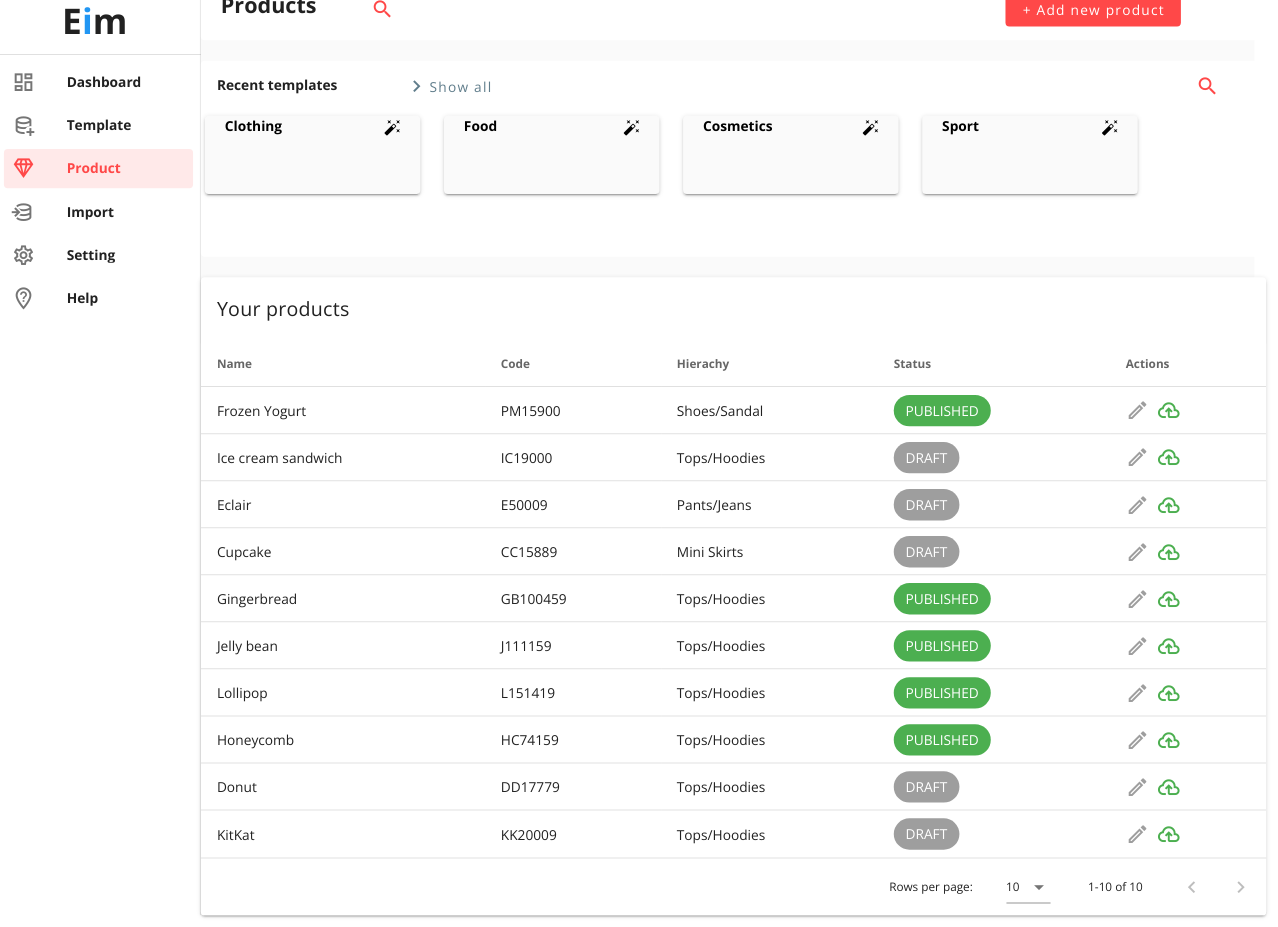
Repository: nguyenphuong152/pim-template
Page: /product
An editor plug-in stored every save of this project. The page is shown before and after the next save, followed by the edit.
The browser window is 1280 px wide. The page is 1304 px wide, so the pictures cover 1304 px, including what lies to the right of the window. The pictures show the whole page, at 98% of full size.
The project was rebuilt for these pictures with package versions that can differ from the ones it lists, and the page was loaded fresh each time. Also part of the build but not shown: vue.config.js, src/views/Home.vue, src/components/Outcome_1/SearchTemplate.vue, src/components/Outcome_1/YourTemplate.vue, src/components/Outcome_1/ListComponent.vue, src/components/Outcome_1/AddInfo.vue, src/components/Outcome_1/AddDetail.vue, src/components/Outcome_1/ListComponentProgressive.vue and 18 more.

Above is the page before, as saved 2021-01-19 09:36:05.

### public/index.html
<!DOCTYPE html>
<html lang="en">
  <head>
    <meta charset="utf-8" />
    <meta http-equiv="X-UA-Compatible" content="IE=edge" />
    <meta name="viewport" content="width=device-width,initial-scale=1.0" />
    <link rel="icon" href="<%= BASE_URL %>favicon.ico" />
    <link rel="preconnect" href="https://fonts.gstatic.com" />
    <link rel="preconnect" href="https://fonts.gstatic.com" />
    <link rel="preconnect" href="https://fonts.gstatic.com" />
    <link
      href="https://fonts.googleapis.com/css2?family=Open+Sans:wght@300;400;600;700;800&display=swap"
      rel="stylesheet"
    />
    <link
      href="https://fonts.googleapis.com/css?family=Montserrat:300,400,500,600,700"
      rel="stylesheet"
    />
    <title><%= htmlWebpackPlugin.options.title %></title>
    <link
      rel="stylesheet"
      href="https://fonts.googleapis.com/css?family=Roboto:100,300,400,500,700,900"
    />
    <link
      rel="stylesheet"
      href="https://cdn.jsdelivr.net/npm/@mdi/font@latest/css/materialdesignicons.min.css"
    />
  </head>
  <body>
    <noscript>
      <strong
        >We're sorry but <%= htmlWebpackPlugin.options.title %> doesn't work
        properly without JavaScript enabled. Please enable it to
        continue.</strong
      >
    </noscript>
    <div id="app"></div>
    <!-- built files will be auto injected -->
  </body>
</html>

### src/main.js
import Vue from "vue";
import App from "./App.vue";
import router from "./router";
import "../sass/style.scss";
import vuetify from "./plugins/vuetify";
import store from "./store";
import { VueMaskDirective } from "v-mask";
Vue.directive("mask", VueMaskDirective);

Vue.config.productionTip = false;

new Vue({
  store,
  router,
  vuetify,
  render: (h) => h(App),
}).$mount("#app");

### src/App.vue
<template>
  <v-app v-bind:style="{ background: activeColor }">
    <v-card height="80" flat class="hidden-md-and-up align-baseline">
      <v-row style="height:0px">
        <v-col class="px-0" cols="3">
          <span class="logo text-start">
            E<span class="blue--text">i</span>m</span
          >
        </v-col>
        <v-col>
          <div class="text-end">
            <v-menu offset-y>
              <template v-slot:activator="{ on }">
                <v-app-bar-nav-icon v-on="on"></v-app-bar-nav-icon>
              </template>
              <v-list>
                <v-list-item
                  v-for="(item, index) in items"
                  :key="index"
                  :to="item.path"
                  color="blue"
                >
                  <v-list-item-title class="text-start">{{
                    item.title
                  }}</v-list-item-title>
                </v-list-item>
              </v-list>
            </v-menu>
          </div>
        </v-col>
      </v-row>
    </v-card>

    <v-row>
      <v-col cols="2" class="pa-0 hidden-xs-only">
        <v-navigation-drawer permanent width="220" class="hidden-xs-only">
          <v-list-item>
            <v-list-item-content>
              <v-list-item-title class="logo">
                E<span class="blue--text">i</span>m
              </v-list-item-title>
            </v-list-item-content>
          </v-list-item>

          <v-divider></v-divider>

          <v-list dense nav class="text-start pl-4">
            <v-list-item
              v-for="item in items"
              :key="item.title"
              :to="item.path"
              color="#FF4848"
            >
              <v-list-item-icon>
                <v-icon>{{ item.icon }}</v-icon>
              </v-list-item-icon>
              <v-list-item-content>
                <v-list-item-title class="template-title font-weight-bold ">{{
                  item.title
                }}</v-list-item-title>
              </v-list-item-content>
            </v-list-item>
          </v-list>
        </v-navigation-drawer>
      </v-col>
      <v-col class="pa-0">
        <router-view />
      </v-col>
    </v-row>
  </v-app>
</template>

<script>
export default {
  name: "App",
  components: {},
  watch: {
    $route(to) {
      document.title = `${to.meta.title}`;
    },
  },
  data() {
    return {
      clicked: false,
      activeColor: "#FAFAFA",
      items: [
        { title: "Dashboard", icon: "mdi-view-dashboard-outline", path: "" },
        {
          title: "Template",
          icon: "mdi-database-plus-outline",
          path: "/template",
        },
        { title: "Product", icon: "mdi-diamond-stone", path: "/product" },
        {
          title: "Import",
          icon: "mdi-database-import-outline",
          path: "/import",
        },

        { title: "Setting", icon: "mdi-cog-outline", path: "" },
        { title: "Help", icon: "mdi-map-marker-question-outline", path: "" },
      ],
      right: null,
    };
  },
};
</script>

### src/router/index.js
import Vue from "vue";
import VueRouter from "vue-router";
import Home from "../views/Home.vue";
import Template from "../views/Outcome_1/CreateProductTemplate.vue";
import Product from "../views/Outcome_2/Outcome_2_screen.vue";
import AddProduct from "../views/Outcome_2/AddProduct.vue";
import Import from "../views/Outcome_3/outcome3_screen.vue";

Vue.use(VueRouter);

const routes = [
  {
    path: "/",
    name: "Home",
    component: Home,
  },
  {
    path: "/template",
    name: "Template",
    component: Template,
    meta: {
      title: "Add Template",
    },
  },
  {
    path: "/product",
    name: "Product",
    component: Product,
    meta: {
      title: "Product",
    },
  },
  {
    path: "/addproduct/:name",
    name: "AddProduct",
    component: AddProduct,
    meta: {
      title: "Add Product",
    },
  },
  {
    path: "/import",
    name: "Import",
    component: Import,
    meta: {
      title: "Import",
    },
  },
  {
    path: "/about",
    name: "About",
    // route level code-splitting
    // this generates a separate chunk (about.[hash].js) for this route
    // which is lazy-loaded when the route is visited.
    component: () =>
      import(/* webpackChunkName: "about" */ "../views/About.vue"),
  },
];

const router = new VueRouter({
  mode: "history",
  base: process.env.BASE_URL,
  routes,
});

export default router;

### sass/style.scss
$font-primary: 'Open Sans',
sans-serif;

@import "~vuetify/src/styles/styles.sass";

$fontsize-content: 14px;
$fontsize-title: 24px;
$fontsize-logo:36px;
$fontsize-header:22px;
$fontsize-nav:20px;


#app {
  font-family: $font-primary;
   font-size:$fontsize-content;
  -webkit-font-smoothing: antialiased;
  -moz-osx-font-smoothing: grayscale;
  text-align: center;
  color: #2c3e50;
}

#nav {
  padding: 30px;
}

#nav a {
  font-weight: bold;
  color: #2c3e50;
}

#nav a.router-link-exact-active {
  color: #42b983;
}

.title {
  font: $font-primary !important;
  font-size: $fontsize-nav !important;
}

.logo {
  @extend .title;
  font-weight: 700 !important;
  font-size: $fontsize-logo !important;
}

.text-header {
  font: $font-primary !important;
  font-size: $fontsize-header !important;
  font-weight: 700;
}


.template-title {
  @extend .title;
  font-size: $fontsize-content !important;
}

### src/store/index.js
import Vue from "vue";
import Vuex from "vuex";

Vue.use(Vuex);

import state from "./state";
import * as getters from "./getters";
import * as mutations from "./mutations";
import * as actions from "./actions";

export default new Vuex.Store({
  state,
  getters,
  mutations,
  actions,
});

### src/views/Outcome_2/Outcome_2_screen.vue
<template>
  <div>
    <v-row>
      <v-col height="100%"
        ><Search />
        <br />
        <RecentTemplate />
        <br />
        <ListProduct
          :class="{
            'mx-6': $vuetify.breakpoint.smAndDown,
            'ma-0': $vuetify.breakpoint.mdAndUp,
          }"
        />
      </v-col>
    </v-row>
  </div>
</template>

<script>
import Search from "../../components/Outcome_2/SearchProduct";
import RecentTemplate from "../../components/Outcome_2/RecentTemplate";
import ListProduct from "../../components/Outcome_2/ListProduct";
export default {
  components: {
    Search,
    RecentTemplate,
    ListProduct,
  },
};
</script>

<style></style>

### src/store/state.js
export default {
  listNewComponent: [],

  basicInfo: [],
  textComponent: [],
  imageComponent: null,
  videoComponent: null,
  colorComponent: null,
  dateComponent: [],
  selectComponent: {
    selectionTitle: [],
  },
  listTemplate: [],
  customComponent: [],

  toogleRerenderComponent: 0,
  generateImage: 1,
};

### src/store/getters.js
export const listComponent = (state) => {
  return state.listNewComponent;
};

export const basicInfo = (state) => {
  return state.basicInfo;
};

export const textComponent = (state) => {
  return state.textComponent;
};
export const imageComponent = (state) => {
  return state.imageComponent;
};
export const videoComponent = (state) => {
  return state.videoComponent;
};
export const colorComponent = (state) => {
  return state.colorComponent;
};
export const dateComponent = (state) => {
  return state.dateComponent;
};
export const selectComponent = (state) => {
  return state.selectComponent;
};

export const key = (state) => {
  return state.toogleRerenderComponent;
};

export const listTemplate = (state) => {
  return state.listTemplate;
};

export const generateImage = (state) => {
  return state.generateImage;
};

### src/store/actions.js
export const addComponentToList = ({ commit }, { component }) => {
  commit("ADD_TO_LIST", { component });
};

export const deleteComponentFromList = ({ commit }, component) => {
  commit("DELETE_FROM_LIST", component);
};

export const addBasicInfoForTemplate = ({ commit }, { basicInfo }) => {
  commit("ADD_BASIC_INFO_FOR_TEMPLATE", basicInfo);
};

export const addTextComponentForTemplate = ({ commit }, { textComponent }) => {
  commit("ADD_TEXT_COMPONENT_FOR_TEMPLATE", textComponent);
};

export const addImageComponentForTemplate = ({ commit }, { countImage }) => {
  commit("ADD_IMAGE_COMPONENT_FOR_TEMPLATE", countImage);
};

export const addVideoComponentForTemplate = ({ commit }, { countVideo }) => {
  commit("ADD_VIDEO_COMPONENT_FOR_TEMPLATE", countVideo);
};

export const addColorComponentForTemplate = ({ commit }, { countColor }) => {
  commit("ADD_COLOR_COMPONENT_FOR_TEMPLATE", countColor);
};

export const addDateComponentForTemplate = ({ commit }, { dateComponent }) => {
  commit("ADD_DATE_COMPONENT_FOR_TEMPLATE", dateComponent);
};

export const addSelectComponentForTemplate = (
  { commit },
  { title, selections }
) => {
  commit("ADD_SELECT_COMPONENT_FOR_TEMPLATE", { title, selections });
};

export const rerenderComponent = ({ commit }) => {
  commit("RERENDER_COMPONENT");
};

export const generateImage = ({ commit }) => {
  commit("GENERATE_IMAGE");
};

export const deleteListTemplate = ({ commit }) => {
  commit("DELETE_LIST");
};

export const createTemplate = (
  { commit },
  {
    name,
    basicInfo,
    textComponent,
    imageComponent,
    videoComponent,
    colorComponent,
    dateComponent,
    selectComponent,
  }
) => {
  commit("CREATE_TEMPLATE", {
    name,
    basicInfo,
    textComponent,
    imageComponent,
    videoComponent,
    colorComponent,
    dateComponent,
    selectComponent,
  });
};

### src/components/Outcome_2/SearchProduct.vue
<template>
  <v-card class="text-start" height="65" flat>
    <v-row class="d-flex align-baseline">
      <v-col class="text-header pl-8" cols="2">Products</v-col>
      <v-col class="px-0">
        <v-icon color="#ff4848">
          mdi-magnify
        </v-icon></v-col
      >
      <v-col sm="8" md="3" class="pa-0 hidden-xs-only">
        <v-btn
          depressed
          color="#ff4848"
          class="white--text text-none font-weight-medium"
        >
          + Add new product</v-btn
        >
      </v-col>
    </v-row>
  </v-card>
</template>

<script>
export default {
  methods: {},
};
</script>

<style></style>

### src/components/Outcome_2/RecentTemplate.vue
<template>
  <v-card :height="setHeight" width="100%" class="py-2" flat>
    <v-row class="align-baseline mx-4">
      <v-col class="py-0 text-start px-0" cols="2"
        ><span class="font-weight-bold">Recent templates</span>
      </v-col>
      <v-col class="px-0 text-start">
        <v-dialog v-model="dialog" scrollable max-width="300px">
          <template v-slot:activator="{ on, attrs }">
            <v-btn
              color="blue-grey"
              dark
              v-bind="attrs"
              v-on="on"
              text
              style="text-transform:none"
            >
              <v-icon color="blue-grey"> mdi-chevron-right </v-icon>Show all
            </v-btn>
          </template>
          <v-card height="100%">
            <v-card-title>
              Your template
              <v-spacer></v-spacer>
              <v-icon color="red" @click="dialog = false"
                >mdi-window-close</v-icon
              >
            </v-card-title>
            <v-divider></v-divider>
            <v-card-text style="height:500px;">
              <v-col v-for="(item, i) in templates" :key="i"
                ><v-card color="#fafafa" @click="addProduct(item.name)">
                  <div class="d-flex flex-no-wrap justify-space-between">
                    <div>
                      <v-row>
                        <v-col class="text-start pl-8">
                          <span
                            class="template-title font-weight-bold black--text"
                            >{{ item.name }}</span
                          >
                          <br />
                          <span class="font-weight-thin">{{
                            item.products
                          }}</span>
                        </v-col>
                      </v-row>
                    </div>
                  </div>
                </v-card></v-col
              ></v-card-text
            >
          </v-card>
        </v-dialog>
      </v-col>
      <v-col cols="1">
        <v-icon color="#ff4848">
          mdi-magnify
        </v-icon>
      </v-col>
    </v-row>
    <v-row>
      <v-card
        class="d-flex mr-2 ml-4"
        v-for="(item, i) in items"
        :key="i"
        color="#fafafa"
        :width="setWidthCard"
        height="80"
        @click="addProduct(item.name)"
      >
        <v-row>
          <v-col class="text-start pl-8" cols="8">
            <span class="template-title font-weight-bold black--text">{{
              item.name
            }}</span>
          </v-col>
          <v-col>
            <v-icon color="black" size="18" @click="showAddTemplate()"
              >mdi-auto-fix</v-icon
            >
          </v-col>
        </v-row>
      </v-card>
      <!-- <v-col  :key="i" class="mx-4 " xs="6">

      </v-col> -->
      <v-row class="align-baseline hidden-md-and-up">
        <v-col class="text-start pl-10">
          <v-btn outlined style="text-transform:none" color="blue"
            >Add template</v-btn
          >
        </v-col>
        <v-col cols="5">
          <v-dialog v-model="dialog" scrollable max-width="300px">
            <template v-slot:activator="{ on, attrs }">
              <v-btn
                color="blue-grey"
                dark
                v-bind="attrs"
                v-on="on"
                text
                style="text-transform:none"
              >
                <v-icon color="blue-grey"> mdi-chevron-right </v-icon>Show all
              </v-btn>
            </template>
            <v-card height="100%">
              <v-card-title>
                Your template
                <v-spacer></v-spacer>
                <v-icon color="red" @click="dialog = false"
                  >mdi-window-close</v-icon
                >
              </v-card-title>
              <v-divider></v-divider>
              <v-card-text style="height:500px;">
                <v-col v-for="(item, i) in templates" :key="i"
                  ><v-card color="#fafafa" @click="addProduct(item.name)">
                    <div class="d-flex flex-no-wrap justify-space-between">
                      <div>
                        <v-row>
                          <v-col class="text-start">
                            <span
                              class="template-title font-weight-bold black--text"
                              >{{ item.name }}</span
                            >
                            <br />
                            <span class="font-weight-thin">{{
                              item.products
                            }}</span>
                          </v-col>
                        </v-row>
                      </div>
                    </div>
                  </v-card></v-col
                ></v-card-text
              >
            </v-card>
          </v-dialog>
        </v-col>
      </v-row>
    </v-row>
  </v-card>
</template>

<script>
export default {
  data: () => ({
    dialog: false,
    items: [
      {
        name: "Clothing",
        products: "12 products in use",
      },
      {
        name: "Food",
        products: "12 products in use",
      },
      {
        name: "Cosmetics",
        products: "12 products in use",
      },
      {
        name: "Sport",
        products: "12 products in use",
      },
    ],
    templates: [
      {
        name: "Clothing",
        products: "12 products in use",
      },
      {
        name: "Food",
        products: "12 products in use",
      },
      {
        name: "Cosmetics",
        products: "12 products in use",
      },
      {
        name: "Sport",
        products: "12 products in use",
      },
    ],
  }),
  methods: {
    addProduct(text) {
      this.$router.push({
        name: "AddProduct",
        params: { name: text },
      });
    },
  },
  created() {
    this.listTemplate = this.$store.getters.listTemplate;
    for (var i = 0; i < this.listTemplate.length; i++) {
      var element = {};
      element.name = this.listTemplate[i].name;
      element.products = "Add new product !";
      this.templates.unshift(element);
    }
  },
  computed: {
    setHeight() {
      if (
        this.$vuetify.breakpoint.name === "xs" ||
        this.$vuetify.breakpoint.name === "sm"
      ) {
        return 350;
      } else return 200;
    },
    setWidthCard() {
      if (
        this.$vuetify.breakpoint.name === "xs" ||
        this.$vuetify.breakpoint.name === "sm"
      ) {
        return 150;
      } else if (this.$vuetify.breakpoint.name === "md") {
        return 220;
      } else return 220;
    },
  },
};
</script>

<style></style>

### src/components/Outcome_2/ListProduct.vue
<template>
  <v-card>
    <v-card-title>
      Your products
    </v-card-title>
    <v-data-table :headers="headers" :items="desserts">
      <template v-slot:item.status="{ item }">
        <v-chip :color="getColor(item.status)" dark>
          {{ item.status }}
        </v-chip>
      </template>
      <template v-slot:item.actions="{ item }">
        <v-icon medium class="mr-2" @click="editItem(item)" color="grey">
          mdi-pencil-outline
        </v-icon>
        <v-icon medium @click="deleteItem(item)" color="green">
          mdi-cloud-upload-outline
        </v-icon>
      </template>
    </v-data-table>
  </v-card>
</template>

<script>
export default {
  data() {
    return {
      search: "",
      headers: [
        {
          text: "Name",
          align: "start",
          sortable: false,
          value: "name",
        },
        { text: "Code", value: "code" },
        { text: "Hierachy", value: "hierachy" },
        { text: "Status", value: "status" },
        { text: "Actions", value: "actions", sortable: false },
      ],
      desserts: [
        {
          name: "Frozen Yogurt",
          code: "PM15900",
          hierachy: "Shoes/Sandal",
          status: "PUBLISHED",
        },
        {
          name: "Ice cream sandwich",
          code: "IC19000",
          hierachy: "Tops/Hoodies",
          status: "DRAFT",
        },
        {
          name: "Eclair",
          code: "E50009",
          hierachy: "Pants/Jeans",
          status: "DRAFT",
        },
        {
          name: "Cupcake",
          code: "CC15889",
          hierachy: "Mini Skirts",
          status: "DRAFT",
        },
        {
          name: "Gingerbread",
          code: "GB100459",
          hierachy: "Tops/Hoodies",
          status: "PUBLISHED",
        },
        {
          name: "Jelly bean",
          code: "J111159",
          hierachy: "Tops/Hoodies",
          status: "PUBLISHED",
        },
        {
          name: "Lollipop",
          code: "L151419",
          hierachy: "Tops/Hoodies",
          status: "PUBLISHED",
        },
        {
          name: "Honeycomb",
          code: "HC74159",
          hierachy: "Tops/Hoodies",
          status: "PUBLISHED",
        },
        {
          name: "Donut",
          code: "DD17779",
          hierachy: "Tops/Hoodies",
          status: "DRAFT",
        },
        {
          name: "KitKat",
          code: "KK20009",
          hierachy: "Tops/Hoodies",
          status: "DRAFT",
        },
      ],
    };
  },
  methods: {
    getColor(status) {
      if (status === "DRAFT") return "grey";
      else return "green";
    },
  },
};
</script>

Loaded but not shown: src/plugins/vuetify.js (common file); src/store/mutations.js (113 lines, source omitted)

After the next save:
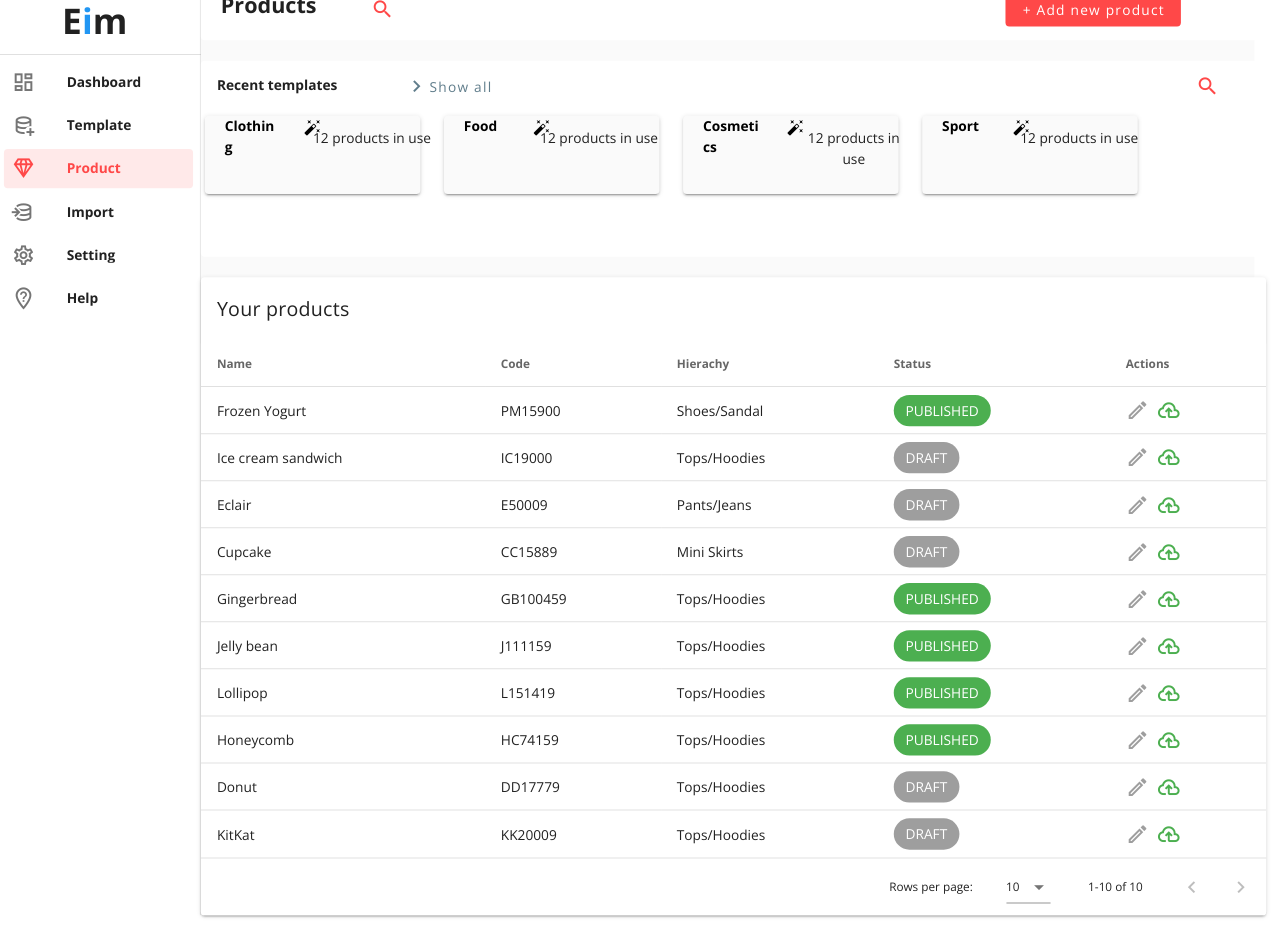
Saved 15 s later.
--- a/src/components/Outcome_2/RecentTemplate.vue
+++ b/src/components/Outcome_2/RecentTemplate.vue
@@ -80,6 +80,9 @@
             >
           </v-col>
         </v-row>
+        <v-row>
+          <span class="font-weight-thin">{{ item.products }}</span>
+        </v-row>
       </v-card>
       <!-- <v-col  :key="i" class="mx-4 " xs="6">
 
